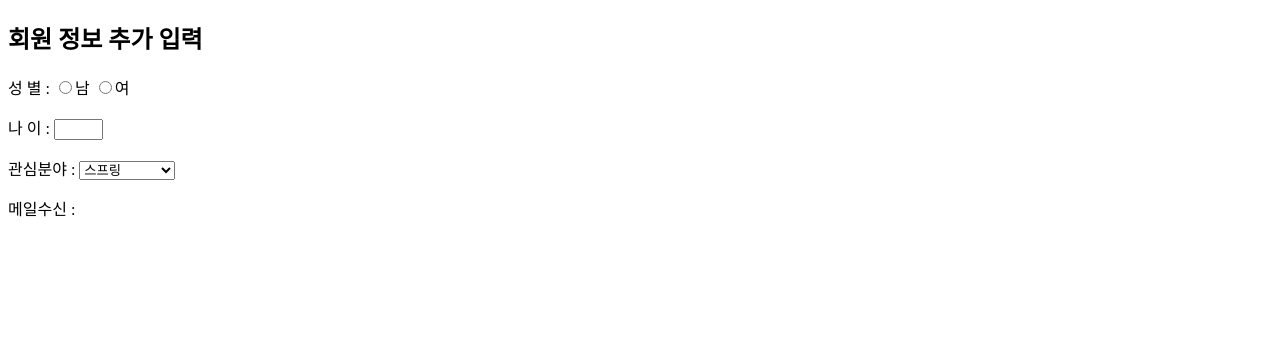
Repository: lopanghub/git_study
Page: http://localhost/JSPPracticeCh08/session/sessionAttributeForm02.jsp
The author's editor kept a copy of each file at every save. The page is drawn from the files as they stood at one save, then again after the next save.
The browser window is 1280 px wide. The pictures show the whole page.
The page is served by Tomcat 9.

Above is the page before, as saved 2024-04-16 07:29:23.

After the next save:
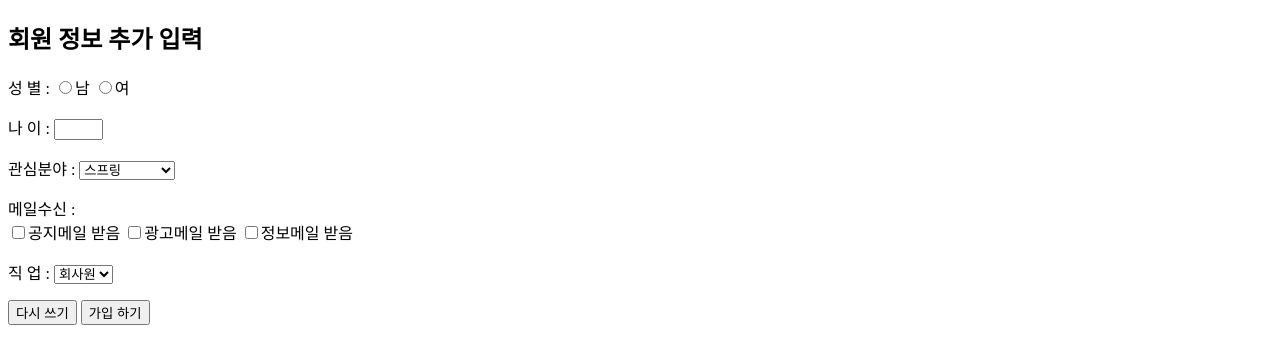
Saved 2 min 59 s later.
--- a/JSPStudy/JSPPracticeCh08/src/main/webapp/session/sessionAttributeForm02.jsp
+++ b/JSPStudy/JSPPracticeCh08/src/main/webapp/session/sessionAttributeForm02.jsp
@@ -23,6 +23,20 @@
 				<option value="Oracle">오라클</option>
 			</select></p>
 		<p>메일수신 : <br>
+			<input type ="checkbox" name="noitceMail" value="true"/>공지메일 받음
+			<input type ="checkbox" name="addMail" value="true"/>광고메일 받음
+			<input type ="checkbox" name="infoMail" value="true"/>정보메일 받음</p>
+		<p>직  업 :
+			<select name="job">
+				<option>회사원</option>
+				<option>취준생</option>
+				<option>주부</option>
+				<option>학생</option>
+				<option>기타</option>
+			</select></p>
+		<p>
+			<input type="reset" value="다시 쓰기"/>
+			<input type="submit" value="가입 하기"/></p>
 	</form>
 </body>
 </html>
